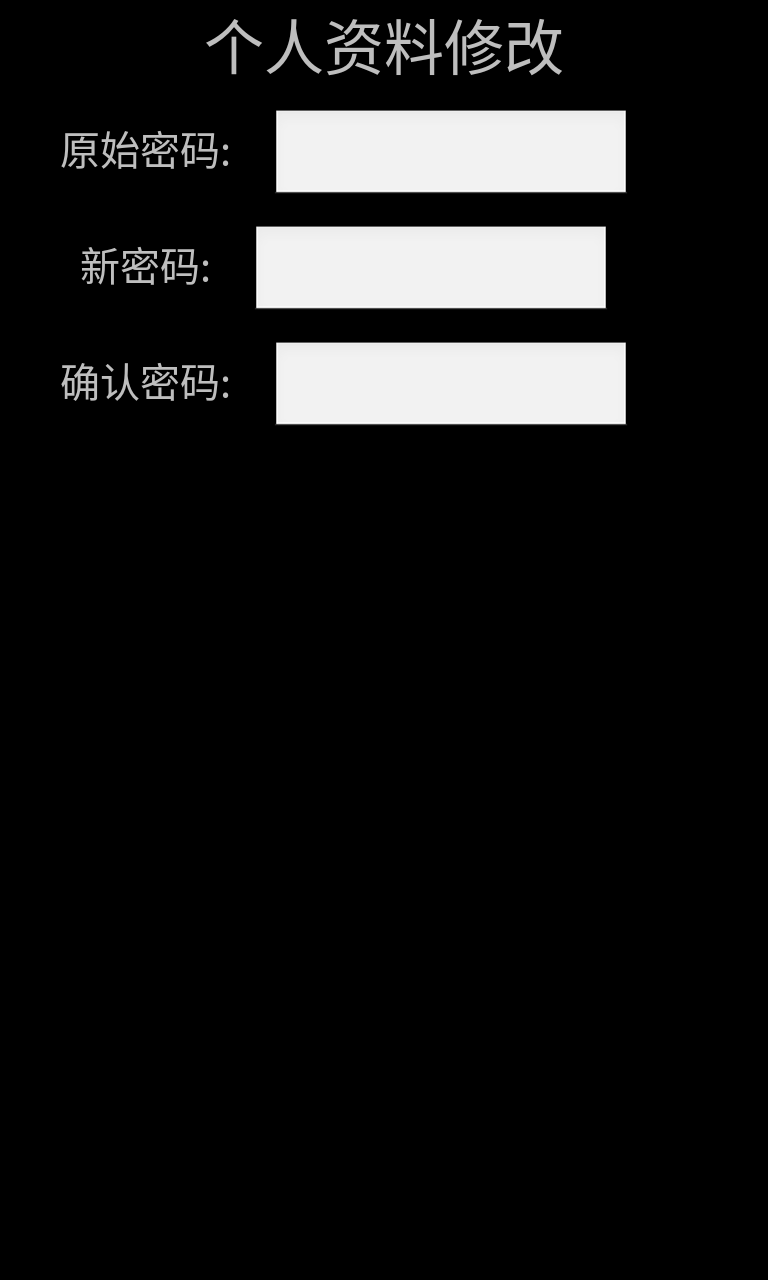
Repository: jcyfkimi/Android-TaoTao
Layout: TaoTao/res/layout/manageuserinfo.xml
An editor plug-in stored every save of this project. The layout is shown before and after a run of saves, followed by the edit.
It is drawn on a 768 x 1280 px phone screen (xhdpi) without system bars, with theme android:Theme; the app's code is not run.

Above is the layout before, as saved 2011-09-16 05:59:24.

After the next 2 saves:
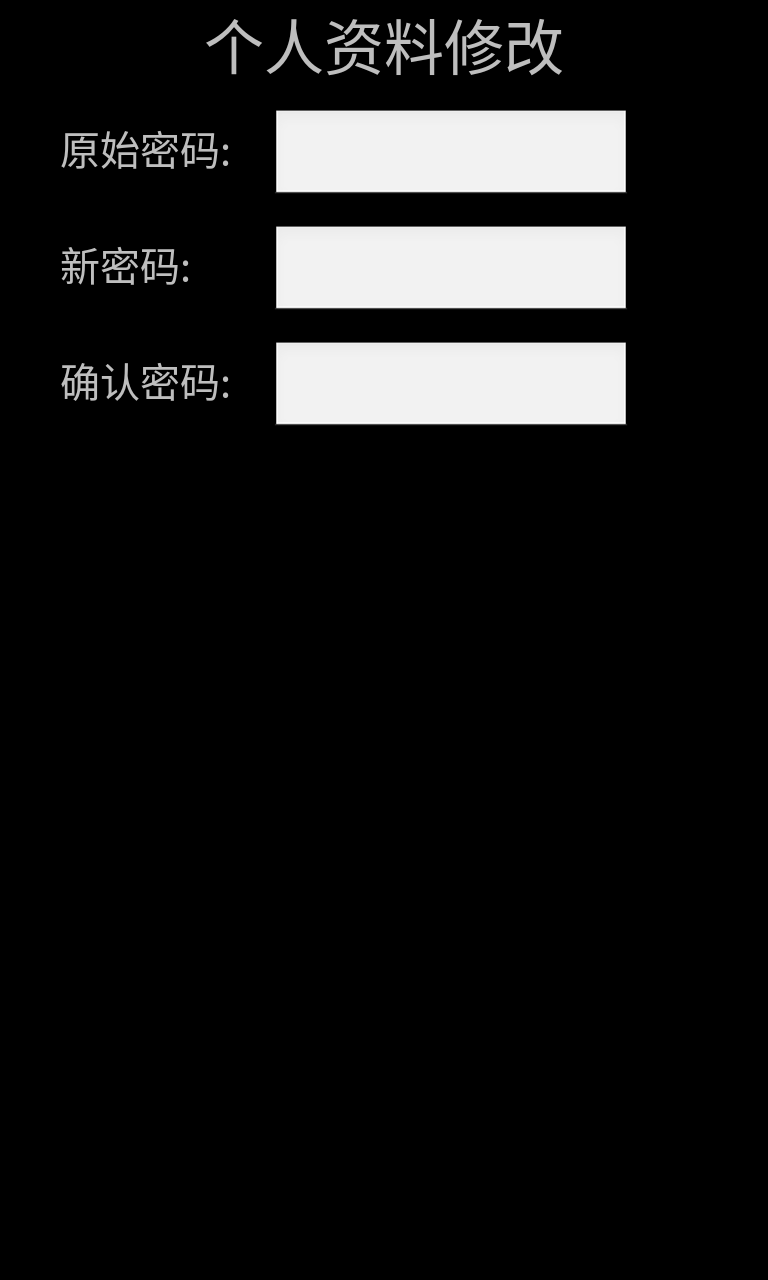
The 2 saves are shown as one change because they came seconds apart.
The last was saved 12 s later.
--- a/TaoTao/res/layout/manageuserinfo.xml
+++ b/TaoTao/res/layout/manageuserinfo.xml
@@ -35,14 +35,14 @@
 	  android:layout_height="wrap_content">
 	  <TextView android:layout_width="wrap_content"
 	  	android:layout_height="wrap_content"
-	  	android:layout_marginLeft="40dip"
+	  	android:layout_marginLeft="30dip"
 	  	android:layout_marginTop="10dip"
 	  	android:text="@string/manageinfonewpass"
 	  	android:textSize="20dip"/>
 	  <EditText android:id="@+id/newpass"
 	  	android:layout_width="180dip"
 	  	android:layout_height="wrap_content"
-	  	android:layout_marginLeft="20dip"
+	  	android:layout_marginLeft="40dip"
 	  	android:layout_marginTop="10dip"/>
 	  </LinearLayout>
 	  <LinearLayout
